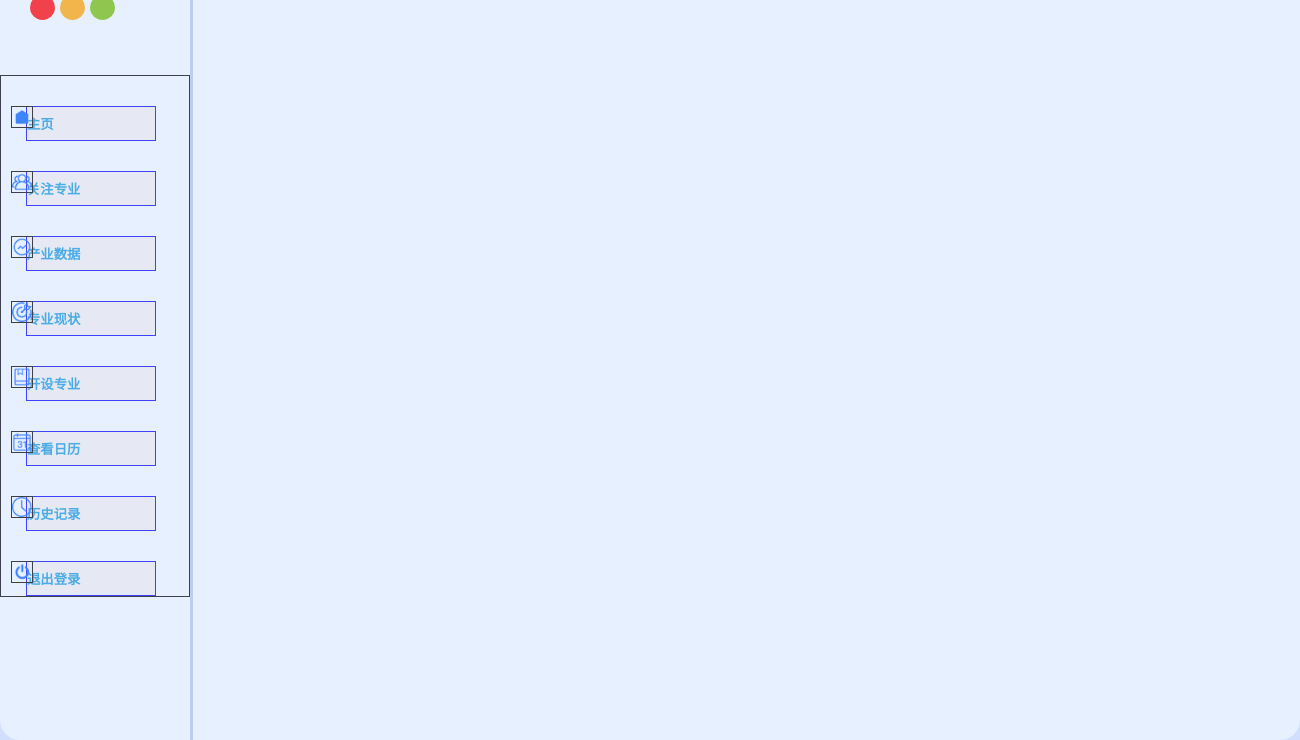
Repository: akaCSDN/test
Page: 2.1主页.html
These files come from the project's save history. The page is drawn as it stood at one moment and after the next save; the edit follows.
The browser window is 1280 px wide. The page is 1300 px wide, so the pictures cover 1300 px, including what lies to the right of the window. The pictures show the whole page.

Above is the page before, as saved 2022-12-02 15:09:58.

### 2.1主页.html
<!DOCTYPE html>
<html lang="en">
<head>
    <meta charset="UTF-8">
    <meta http-equiv="X-UA-Compatible" content="IE=edge">
    <meta name="viewport" content="width=device-width, initial-scale=1.0">
    <title>Document</title>
    <style type="text/css">
        *{
            margin: 0;
            padding: 0;
            border: 0;
        }
        .main{
            width: 1300px;
            height: 760px;
            /* border: 1px solid black; */
            border-radius: 20px;
            background-color: aliceblue;
            opacity: 0.7;
            position: absolute;
            top: 0;
            right: 0;
            bottom: 0;
            left: 0;
            margin: auto;

        }
        .left{
            width: 190px;
            height: 760px;
            border-radius: 20px 0px 0px 20px;
            border-right: 3px solid rgba(146, 169, 213, 0.622);
            /* border: 1px solid black; */
            position: absolute;
        }
        .circle-point{
            width: 100px;
            height: 30px;
            /* border: 1px solid black; */
            margin-left: 25px;
            margin-top: 15px;
        }
        .circle-point div{
            width: 25px;
            height: 25px;
            border-radius: 100% 100% 100% 100%;
            float: left;
            opacity: 1;
            /* position: absolute; */
            margin-left: 5px;

        }
        .button{
            width: auto;
            height: auto;
            border: 1px solid black;
            margin-top: 50px;
        }
        .button ul{
            list-style-type: none;
        }
        .button button{
            width: 130px;
            height: 35px;
            text-align: left;
            margin-left: 25px;
            color:#1296db;
            font-weight: 600;
            margin-top: 30px;
            border: 1px solid blue;

        }
        .button img{
            width: 20px;
            height: 20px;
            margin-left: 10px;
            border: 1px solid black;
            position: absolute;
            margin-top: 30px;
        }
    </style>
</head>
<body style="background-color: rgb(209, 222, 254);">
    <div class="main">
        <div class="left">
            <div class="circle-point">
                <div style="background-color: red;"></div>
                <div style="background-color: orange;"></div>
                <div style="background-color:rgb(116, 189, 7);"></div>
            </div>
            <div class="button">
                    <img src="./icon/主页.png" alt=""><button>主页</button>
                    <br>
                    <img src="./icon/专业.png" alt=""><button>关注专业</button>
                    <br>
                    <img src="./icon/数据.png" alt=""><button>产业数据</button>
                    <br>
                    <img src="./icon/现状.png" alt=""><button>专业现状</button>
                    <br>
                    <img src="./icon/开设.png" alt=""><button>开设专业</button>
                    <br>
                    <img src="./icon/日历.png" alt=""><button>查看日历</button>
                    <br>
                    <img src="./icon/历史.png" alt=""><button>历史记录</button>
                    <br>
                    <img src="./icon/退出.png" alt=""><button>退出登录</button>

            </div>



        </div>

    </div>
</body>
</html>

After the next save:
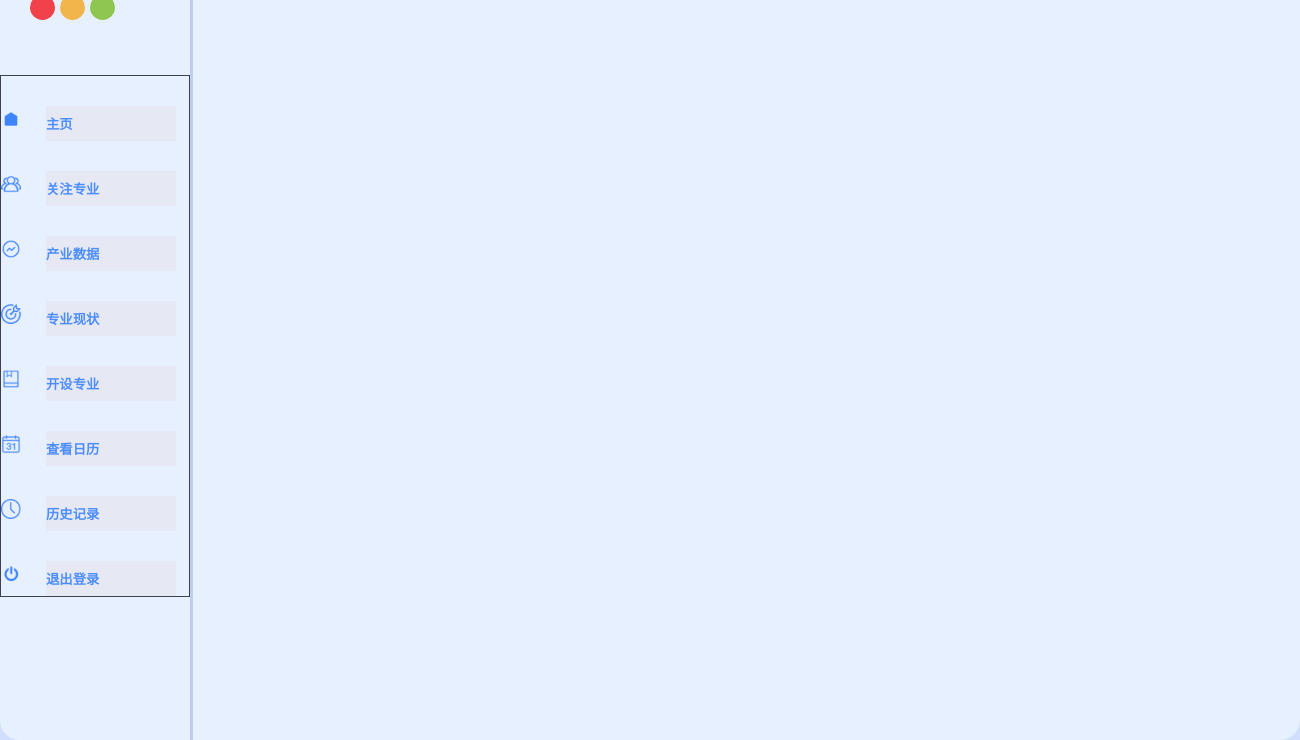
Saved 13 s later.
--- a/2.1主页.html
+++ b/2.1主页.html
@@ -65,19 +65,14 @@
             height: 35px;
             text-align: left;
             margin-left: 25px;
-            color:#1296db;
+            color: rgba(0, 94, 255, 0.909);
             font-weight: 600;
             margin-top: 30px;
-            border: 1px solid blue;
 
         }
         .button img{
             width: 20px;
             height: 20px;
-            margin-left: 10px;
-            border: 1px solid black;
-            position: absolute;
-            margin-top: 30px;
         }
     </style>
 </head>
